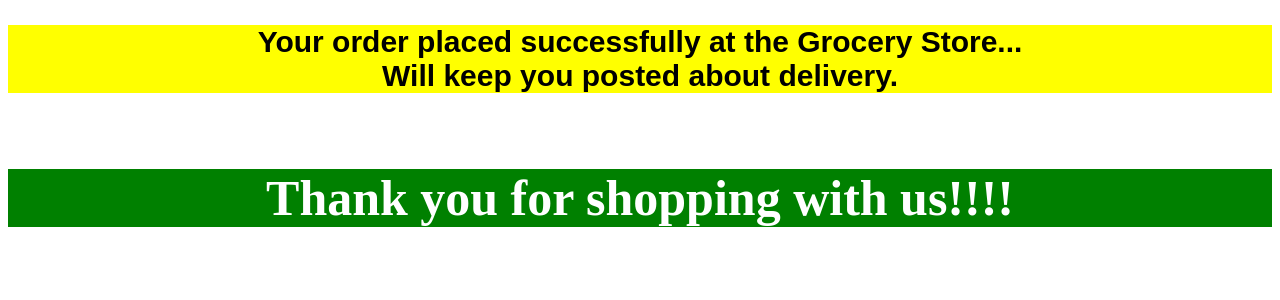
Repository: pournimapatil27/GroceryStoreMicroservice
Page: StoreLogin/src/main/resources/static/store.html
These files come from the project's save history. The page is drawn as it stood at one moment and after the next save; the edit follows.
The browser window is 1280 px wide. The pictures show the whole page.

Above is the page before, as saved 2021-12-03 09:10:36.

After the next save:
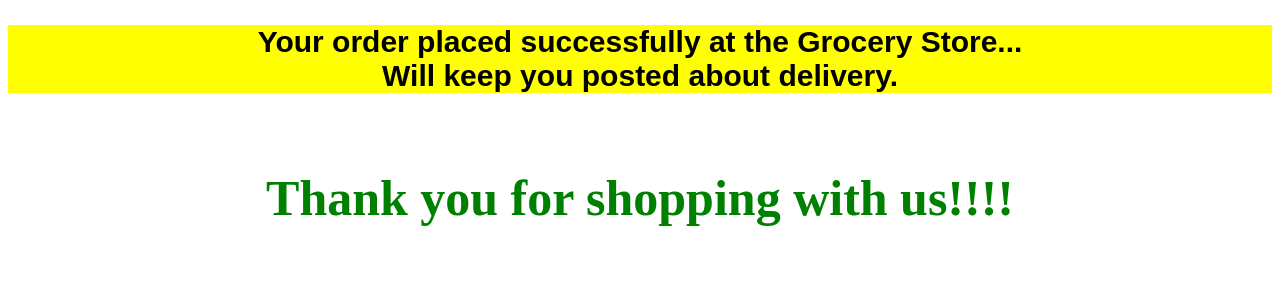
Saved 47 s later.
--- a/StoreLogin/src/main/resources/static/store.html
+++ b/StoreLogin/src/main/resources/static/store.html
@@ -9,6 +9,6 @@
    <h:body>
       <h2 style="background-color:yellow;font-family:'Arial';font-size:30px;text-align: center">Your order placed successfully at the Grocery Store...<br>Will keep you posted about delivery.<br></h2>
  <br>
-  <h1 style="color:white;background-color:green;font-family:'Jockerman';font-size:50px;text-align: center">Thank you for shopping with us!!!!</h1>
+  <h1 style="color:green;font-family:'Jockerman';font-size:50px;text-align: center">Thank you for shopping with us!!!!</h1>
    </h:body>
 </html>
